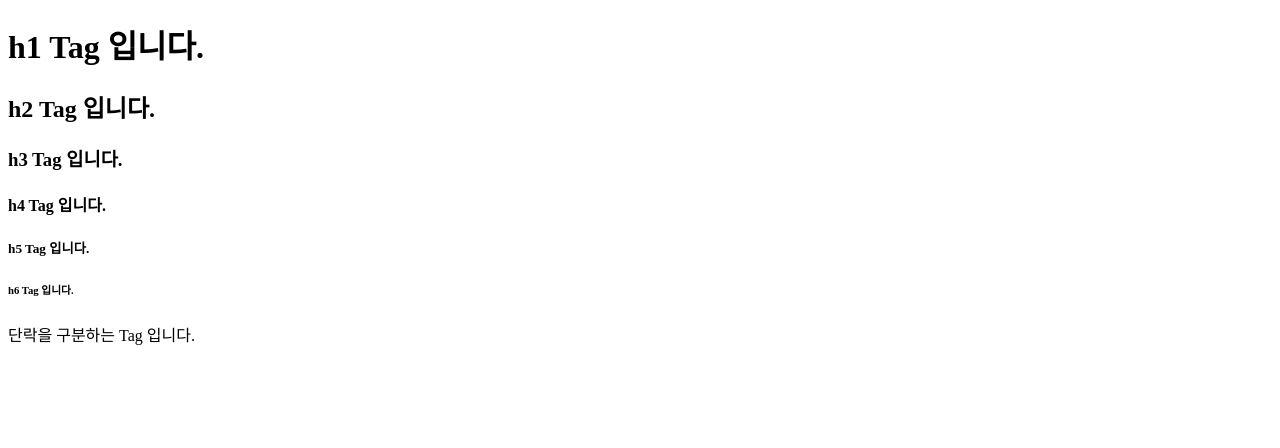
Repository: bjKim2/JSP
Page: HTML/src/main/webapp/Lec02.html
These files come from the project's save history. The page is drawn as it stood at one moment and after the next save; the edit follows.
The browser window is 1280 px wide. The pictures show the whole page.

Above is the page before, as saved 2022-03-15 01:40:22.

### HTML/src/main/webapp/Lec02.html
<!DOCTYPE html>
<html>
<head>
<meta charset="UTF-8">
<title>Insert title here</title>
</head>
<body>
	<h1>h1 Tag 입니다.</h1>
	<h2>h2 Tag 입니다.</h2>
	<h3>h3 Tag 입니다.</h3>
	<h4>h4 Tag 입니다.</h4>
	<h5>h5 Tag 입니다.</h5>
	<h6>h6 Tag 입니다.</h6>

	<p>단락을 구분하는 Tag 입니다. </p>

</body>
</html>

After the next save:
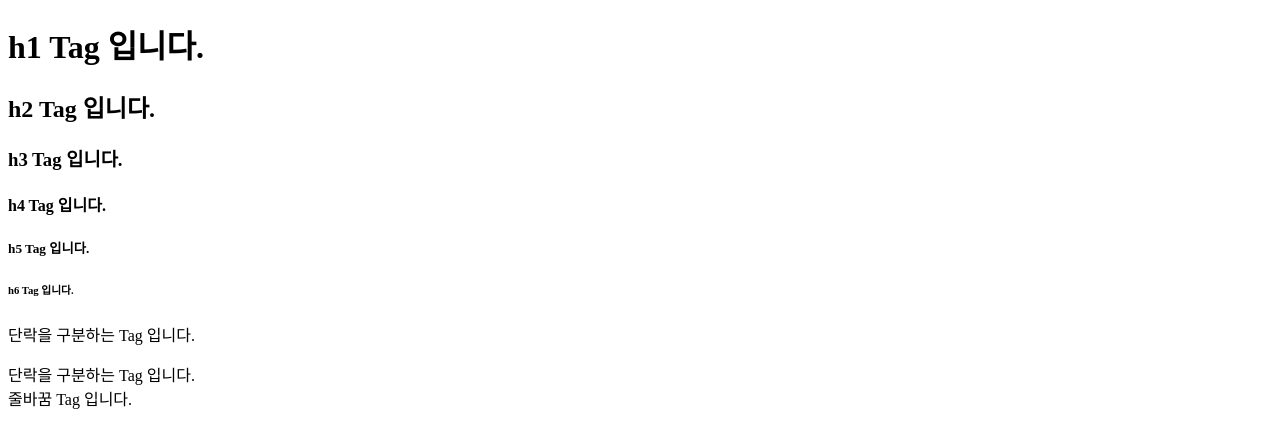
Saved 101 s later.
--- a/HTML/src/main/webapp/Lec02.html
+++ b/HTML/src/main/webapp/Lec02.html
@@ -13,6 +13,9 @@
 	<h6>h6 Tag 입니다.</h6>
 
 	<p>단락을 구분하는 Tag 입니다. </p>
+	<p>단락을 구분하는 Tag 입니다. <br>
+		줄바꿈 Tag 입니다.  </p>
 
+	<!--p 태그는 좁아져서 알아서 길이를 줄여서 줄 수를 늘린다. 다른건 그냥 스크롤바가 생긴다.  -->
 </body>
 </html>
